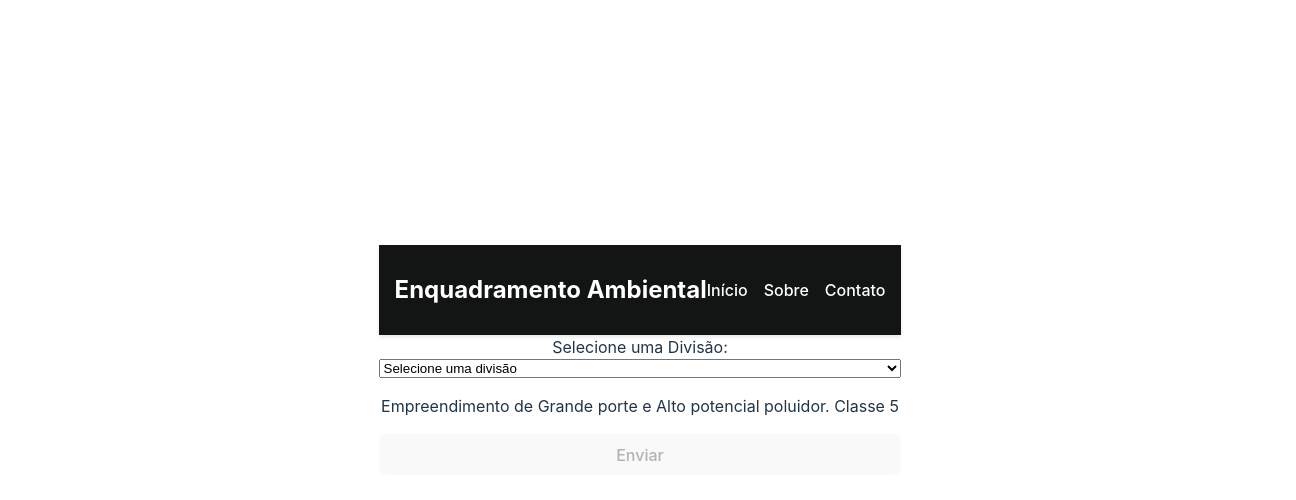
Repository: dev-celo/meio-ambiente
Page: /
These files come from the project's save history. The page is drawn as it stood at one moment and after the next save; the edit follows.
The browser window is 1280 px wide. The page is 1280 px wide, then 1296 px, so the pictures cover 1296 px, including what lies to the right of the window. The pictures show the whole page.
The project was rebuilt for these pictures with package versions that can differ from the ones it lists, and the page was loaded fresh each time. Also part of the build but not shown: vite.config.js.

Above is the page before, as saved 2025-01-25 09:34:14.

### src/main.jsx
import { StrictMode } from 'react'
import { createRoot } from 'react-dom/client'
import './index.css'
import App from './App.jsx'

createRoot(document.getElementById('root')).render(
  <StrictMode>
    <>
      <App />
    </>
  </StrictMode>,
)

### src/App.jsx
import { useState } from "react";
import "./App.css";
import Header from "./Components/Header";

const DynamicSelect = () => {
  const [selectedValue, setSelectedValue] = useState("");
  const [selectedValueGroup, setSelectedValueGroup] = useState("");
  const [selectedValueSubGroup, setSelectedValueSubGroup] = useState("");
  const [selectedTipology, setSelectedTipology] = useState("");
  const [animalQuantity, setAnimalQuantity] = useState("");

  // Lista de opções para o select
  const options = [
    { value: "AGRICULTURA E FLORESTAS", label: "AGRICULTURA E FLORESTAS" },
    { value: "MINERAÇÃO", label: "MINERAÇÃO" },
    { value: "SILVICULTURA", label: "SILVICULTURA" },
  ];

  const subOption = [
    { value: "A1", label: "Produtos da Agricultura" },
    { value: "A2", label: "Criação de Animais" },
    { value: "A3", label: "Criações Confinadas e Semi-confinadas" },
  ];

  const size = [
    { value: "PEQUENA", label: "ATIVIDADES SUJEITAS A AUTORIZAÇÃO POR PROCEDIMENTO ESPECIAL DE LICENCIAMENTO, REGISTRO NO CEFIR E REQUERIMENTO, QUANDO FOR O CASO, DAS DEMAIS AUTORIZAÇÕES COMPETENTES, TAIS COMO: ASV E OUTORGA" },
    { value: "MEDIA", label: "Pecuária: ATIVIDADE SUJEITA A AUTORIZAÇÃO POR PROCEDIMENTO ESPECIAL DE LICENCIAMENTO, REGISTRO NO CEFIR E REQUERIMENTO, QUANDO FOR O CASO, DAS DEMAIS AUTORIZAÇÕES COMPETENTES, TAIS COMO: ASV E OUTORGA" },
    { value: "GRANDE", label: "Criações Confinadas e Semi-confinadas" },
  ];

  const others = [
    { value: "BOVINOS", label: "Bovinos e Bubalinos" },
    { value: "AVES", label: "Aves e Pequenos Mamíferos" },
    { value: "CAPRINOS", label: "Caprinos e Ovinos" },
  ];

  // Handlers
  const handleChange = (event) => setSelectedValue(event.target.value);

  const handleChangeGroup = (event) => setSelectedValueGroup(event.target.value);

  const handleChangeSubGroup = (event) => setSelectedValueSubGroup(event.target.value);

  const handleChangeTipology = (event) => setSelectedTipology(event.target.value);

  const handleAnimalQuantityChange = (event) => setAnimalQuantity(event.target.value);

  const handleSubmit = (event) => {
    event.preventDefault();
    console.log({
      selectedValue,
      selectedValueGroup,
      selectedValueSubGroup,
      selectedTipology,
      animalQuantity,
    });
    alert("Dados enviados com sucesso!");
  };

  return (
    <div className="">
      <Header />
      <form className="form-container teste" onSubmit={handleSubmit}>
        <label htmlFor="division-select">Selecione uma Divisão:</label>
        <select id="division-select" value={selectedValue} onChange={handleChange}>
          <option value="" disabled>
            Selecione uma divisão
          </option>
          {options.map((data) => (
            <option key={data.value} value={data.value}>
              {data.label}
            </option>
          ))}
        </select>

        {selectedValue && (
          <>
            <label htmlFor="group-select">Selecione o Grupo:</label>
            <select id="group-select" value={selectedValueGroup} onChange={handleChangeGroup}>
              <option value="" disabled>
                Selecione um grupo
              </option>
              {subOption.map((data) => (
                <option key={data.value} value={data.value}>
                  {data.label}
                </option>
              ))}
            </select>
          </>
        )}

        {selectedValueGroup && (
          <>
            <label htmlFor="subgroup-select">Selecione o Subgrupo:</label>
            <select
              id="subgroup-select"
              value={selectedValueSubGroup}
              onChange={handleChangeSubGroup}
            >
              <option value="" disabled>
                Selecione um subgrupo
              </option>
              {size.map((data) => (
                <option key={data.value} value={data.value}>
                  {data.label}
                </option>
              ))}
            </select>
          </>
        )}

        {selectedValueSubGroup && (
          <>
            <label htmlFor="tipology-select">Selecione uma Tipologia:</label>
            <select
              id="tipology-select"
              value={selectedTipology}
              onChange={handleChangeTipology}
            >
              <option value="" disabled>
                Selecione uma tipologia
              </option>
              {others.map((data) => (
                <option key={data.value} value={data.value}>
                  {data.label}
                </option>
              ))}
            </select>
          </>
        )}

        {selectedTipology && (
          <>
            <label htmlFor="animal-quantity">Quantidade de Animais:</label>
            <input
              id="animal-quantity"
              type="number"
              value={animalQuantity}
              onChange={handleAnimalQuantityChange}
            />
          </>
        )}

        <p>{`Empreendimento de Grande porte e Alto potencial poluidor. Classe 5`}</p>

        <button type="submit" disabled={!selectedTipology}>
          Enviar
        </button>
      </form>
    </div>
  );
};

export default DynamicSelect;

### src/App.css
#root {
  max-width: 1280px;
  margin: 0 auto;
  padding: 2rem;
  text-align: center;
}

.logo {
  height: 6em;
  padding: 1.5em;
  will-change: filter;
  transition: filter 300ms;
}
.logo:hover {
  filter: drop-shadow(0 0 2em #646cffaa);
}
.logo.react:hover {
  filter: drop-shadow(0 0 2em #61dafbaa);
}

@keyframes logo-spin {
  from {
    transform: rotate(0deg);
  }
  to {
    transform: rotate(360deg);
  }
}

@media (prefers-reduced-motion: no-preference) {
  a:nth-of-type(2) .logo {
    animation: logo-spin infinite 20s linear;
  }
}

.card {
  padding: 2em;
}

.read-the-docs {
  color: #888;
}

.teste {
  display: flex;
  flex-direction: column;
}

### src/Components/Header.jsx
import "./Header.css"

const Header = () => {
  return (
    <header className="header-container">
      <div className="header-content">
        <h1 className="header-title">Enquadramento Ambiental</h1>
        <nav className="header-nav">
          <ul className="nav-list">
            <li><a href="#home">Início</a></li>
            <li><a href="#about">Sobre</a></li>
            <li><a href="#contact">Contato</a></li>
          </ul>
        </nav>
      </div>
    </header>
  );
};

export default Header;

### src/Components/Header.css
.header-container {
  background-color: #131414; /* Azul escuro */
  color: #ffffff; /* Texto branco */
  padding: 1rem;
  box-shadow: 0 2px 4px rgba(0, 0, 0, 0.1);
}

.header-content {
  display: flex;
  justify-content: space-between;
  align-items: center;
  width: 100%;
}

.header-title {
  font-size: 1.5rem;
  font-weight: bold;
}

.header-nav .nav-list {
  list-style: none;
  display: flex;
  gap: 1rem;
  margin: 0;
  padding: 0;
}

.header-nav .nav-list a {
  text-decoration: none;
  color: #ffffff;
  font-size: 1rem;
  transition: color 0.3s;
}

.header-nav .nav-list a:hover {
  color: #ffd700; /* Amarelo */
}

Loaded but not shown: index.html (common file); src/index.css (common file)

After the next save:
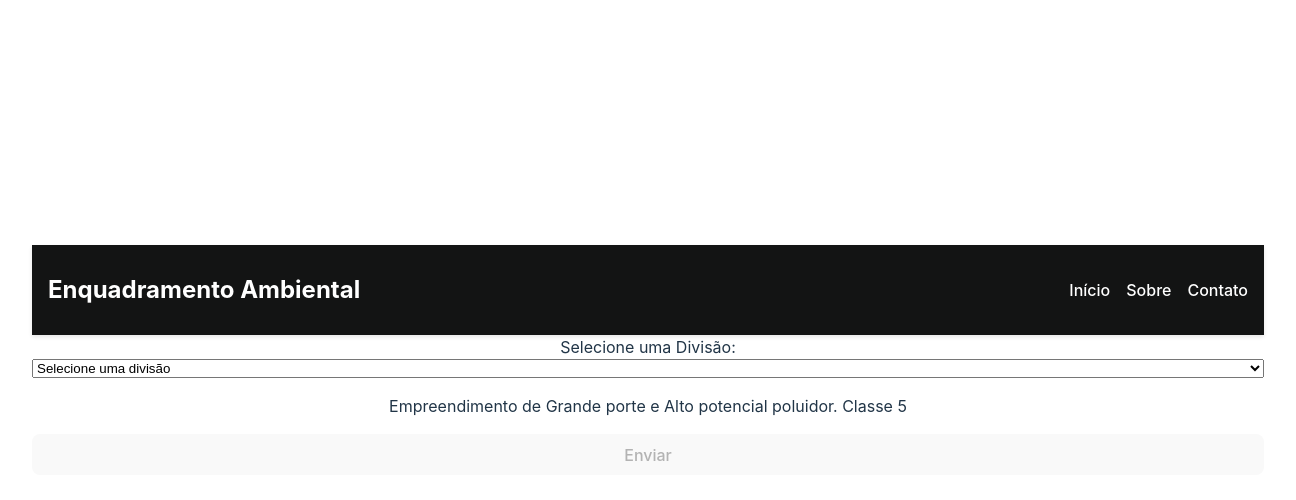
Saved 17 s later.
--- a/src/Components/Header.css
+++ b/src/Components/Header.css
@@ -9,7 +9,8 @@
   display: flex;
   justify-content: space-between;
   align-items: center;
-  width: 100%;
+  min-width: 1200px;
+  margin: 0 auto;
 }
 
 .header-title {
